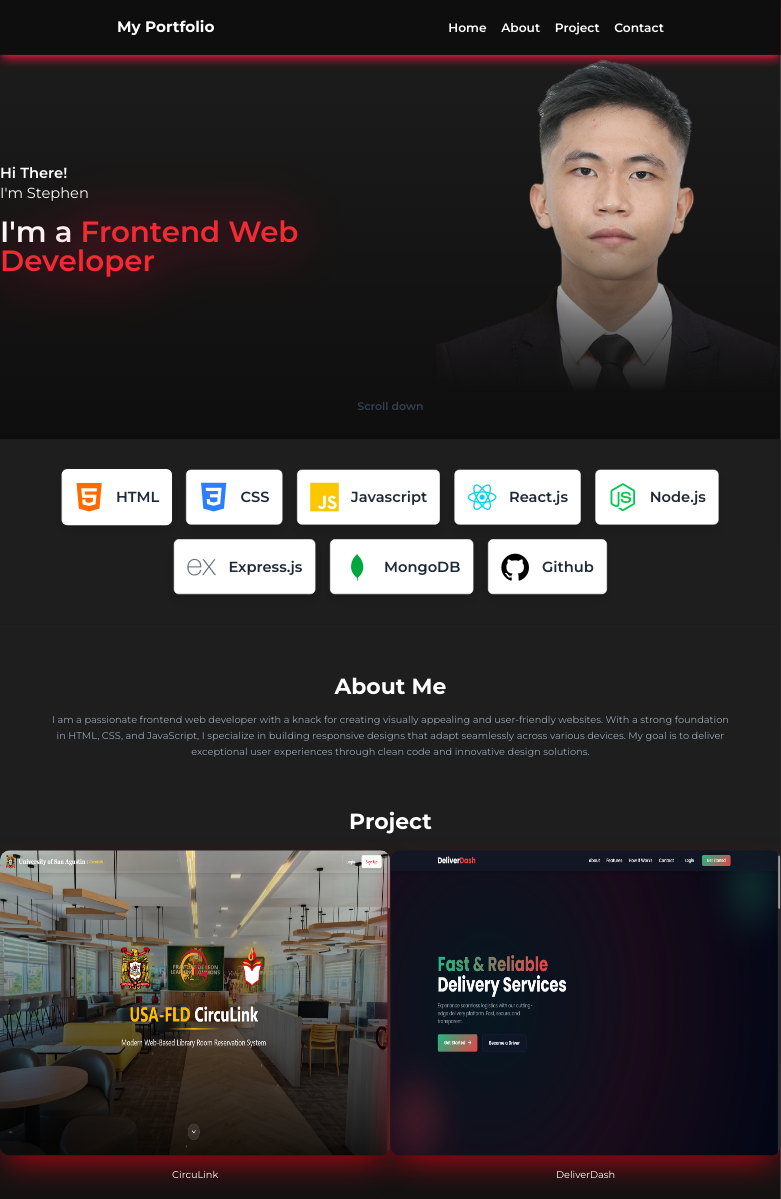
Repository: KaguyaKawaii/portfolio
Page: / (app in frontend/)
The author's editor kept a copy of each file at every save. The page is drawn from the files as they stood at one save, then again after the next save.
The browser window is 1280 px wide. The pictures show the whole page, at 61% of full size.
Some web libraries are served in a nearby version. The project was rebuilt for these pictures with package versions that can differ from the ones it lists, and the page was loaded fresh each time. Also part of the build but not shown: frontend/vite.config.js.

Above is the page before, as saved 2025-10-28 22:48:31.

### frontend/src/main.jsx
import { StrictMode } from 'react'
import { createRoot } from 'react-dom/client'
import './index.css'
import App from './App.jsx'
import "devicon/devicon.min.css";



createRoot(document.getElementById('root')).render(
  <StrictMode>
    <App />
  </StrictMode>,
)

### frontend/src/index.css
/* ✅ 1️⃣ Google Fonts first */
@import url('https://fonts.googleapis.com/css2?family=Montserrat:wght@400;500;600;700&display=swap');

/* ✅ 2️⃣ Then Tailwind (only once) */
@import "tailwindcss";

/* ✅ 3️⃣ Optional: your own CSS rules */
body {
  font-family: 'Montserrat', sans-serif;
}

### frontend/src/App.jsx
import { useState } from 'react'
import pic from './assets/image.png'
import project from './assets/project.png'
import project2 from './assets/project2.png'


function App() {

  return (
    <>
      <header className='bg-[#0F0E0E] h-[90px] w-full absolute shadow-lg shadow-[#dc143c]'>
        <div className='flex justify-around items-center h-full text-white'>
          <h1 className='font-bold font-montserrat text-[25px]'>My Portfolio</h1>

          <div className='flex font-montserrat gap-6 font-semibold text-[20px]'>
            <p>Home</p>
            <p>About</p>
            <p>Project</p>
            <p>Contact</p>
          </div>
        </div>
      </header>

      <body className='bg-linear-180 from-[#1E1E1E] to-[#0F0E0E] h-screen text-white'>
        <div className='flex justify-around items-center h-screen'>
          <div>
            <div className='text-2xl'>
              <h1 className='font-semibold'>Hi There!</h1>
              <p>I'm Stephen</p>
            </div>
            <div className='mt-6 animate-fade-in'>
              <p className='font-semibold text-5xl'>I'm a  <span className="drop-shadow-[0_0_50px_#dc143c] text-red-500 animate-pulse">Frontend Web Developer</span></p>

            </div>
          </div>

          <div className=''>
          <img
            src={pic}
            alt="profile"
            className="w-full h-full object-cover rounded-4xl"
            style={{
              maskImage: "linear-gradient(to bottom, black 50%, transparent 100%)",
              WebkitMaskImage: "linear-gradient(to bottom, black 50%, transparent 100%)",
            }}
          />
          </div>
        </div>

        <div className='flex justify-center items-center text-gray-700 text-lg font-montserrat font-semibold animate-pulse absolute bottom-10 w-full'>
          Scroll down
        </div>

          {/* Body 2 */}
          <div className='h-full w-full pt-20 pb-20 bg-[#1E1E1E] '>

            <div className='flex gap-6 justify-center items-center h-[20vh] font-semibold text-3xl text-white'>
              <div className="flex flex-wrap gap-6 justify-center">

                <div className="flex flex-wrap gap-6 justify-center text-white">
                  {/* HTML5 */}
                  <div className="flex items-center hover:scale-110 transition-all ring-1 hover:ring-red-100 rounded-lg p-5 gap-5 bg-white shadow-lg hover:shadow-red-500 duration-500">
                    <i className="devicon-html5-plain text-orange-500 text-5xl"></i>
                    <p className='text-2xl text-gray-800 font-semibold'>HTML</p>
                  </div>

                  {/* CSS3 */}
                  <div className="flex items-center hover:scale-110 transition-transform border rounded-lg p-5 gap-5 bg-white shadow-lg hover:shadow-red-500 duration-500">
                    <i className="devicon-css3-plain text-blue-500 text-5xl"></i>
                    <p className='text-2xl text-gray-800 font-semibold'>CSS</p>
                  </div>

                  {/* JavaScript */}
                  <div className="flex items-center hover:scale-110 transition-transform border rounded-lg p-5 gap-5 bg-white shadow-lg hover:shadow-red-500 duration-500">
                    <i className="devicon-javascript-plain text-yellow-400 text-5xl"></i>
                    <p className='text-2xl text-gray-800 font-semibold'>Javascript</p>
                  </div>

                  {/* React.js */}
                  <div className="flex items-center hover:scale-110 transition-transform border rounded-lg p-5 gap-5 bg-white shadow-lg hover:shadow-red-500 duration-500">
                    <i className="devicon-react-original text-cyan-400 text-5xl"></i>
                    <p className='text-2xl text-gray-800 font-semibold'>React.js</p>
                  </div>



                  {/* Node.js */}
                  <div className="flex items-center hover:scale-110 transition-transform border rounded-lg p-5 gap-5 bg-white shadow-lg hover:shadow-red-500 duration-500">
                    <i className="devicon-nodejs-plain text-green-500 text-5xl"></i>
                    <p className='text-2xl text-gray-800 font-semibold'>Node.js</p>
                  </div>

                  {/* Express.js */}
                  <div className="flex items-center hover:scale-110 transition-transform border rounded-lg p-5 gap-5 bg-white shadow-lg hover:shadow-red-500 duration-500">
                    <i className="devicon-express-original text-gray-500 text-5xl"></i>
                    <p className='text-2xl text-gray-800 font-semibold'>Express.js</p>
                  </div>

                  {/* MongoDB */}
                  <div className="flex items-center hover:scale-110 transition-transform border rounded-lg p-5 gap-5 bg-white shadow-lg hover:shadow-red-500 duration-500">
                    <i className="devicon-mongodb-plain text-green-600 text-5xl"></i>
                    <p className='text-2xl text-gray-800 font-semibold'>MongoDB</p>
                  </div>

                  {/* GitHub */}
                  <div className="flex items-center hover:scale-110 transition-transform border rounded-lg p-5 gap-5 bg-white shadow-lg hover:shadow-red-500 duration-500">
                    <i className="devicon-github-original text-black text-5xl"></i>
                    <p className='text-2xl text-gray-800 font-semibold'>Github</p>

                  </div>
                </div>

              </div>

            </div>



          </div>

          <div className='h-screen bg-[#1E1E1E]'>
              <h1 className='text-white font-montserrat text-4xl font-bold text-center pt-20'>About Me</h1>
              <p className='text-gray-400 font-montserrat text-center mt-6 mx-20 leading-relaxed'>
                I am a passionate frontend web developer with a knack for creating visually appealing and user-friendly websites. With a strong foundation in HTML, CSS, and JavaScript, I specialize in building responsive designs that adapt seamlessly across various devices. My goal is to deliver exceptional user experiences through clean code and innovative design solutions.
              </p>

              <h1 className='text-white font-montserrat text-4xl font-bold text-center pt-20'>Project</h1>

              <div className='flex justify-around items-center'>

                <div className='flex flex-col justify-center items-center h-[600px]'>
                  <div>
                  <img src={project}
                  className='rounded-2xl shadow-2xl shadow-red-800 w-[800px] h-[500px]'
                  alt="" />
                  </div>
                  <div className='mt-5'>
                    <p>CircuLink</p>
                  </div>
                </div>

                <div className='flex flex-col justify-center items-center h-[600px]'>
                  <div>
                  <img src={project2}
                  className='rounded-2xl shadow-2xl shadow-red-800 w-[800px] h-[500px]'
                  alt="" />
                  </div>
                  <div className='mt-5'>
                    <p>DeliverDash</p>
                  </div>
                </div>


              </div>
            </div>

      </body>




    </>
  )
}

export default App

Loaded but not shown: frontend/index.html (common file)

After the next save:
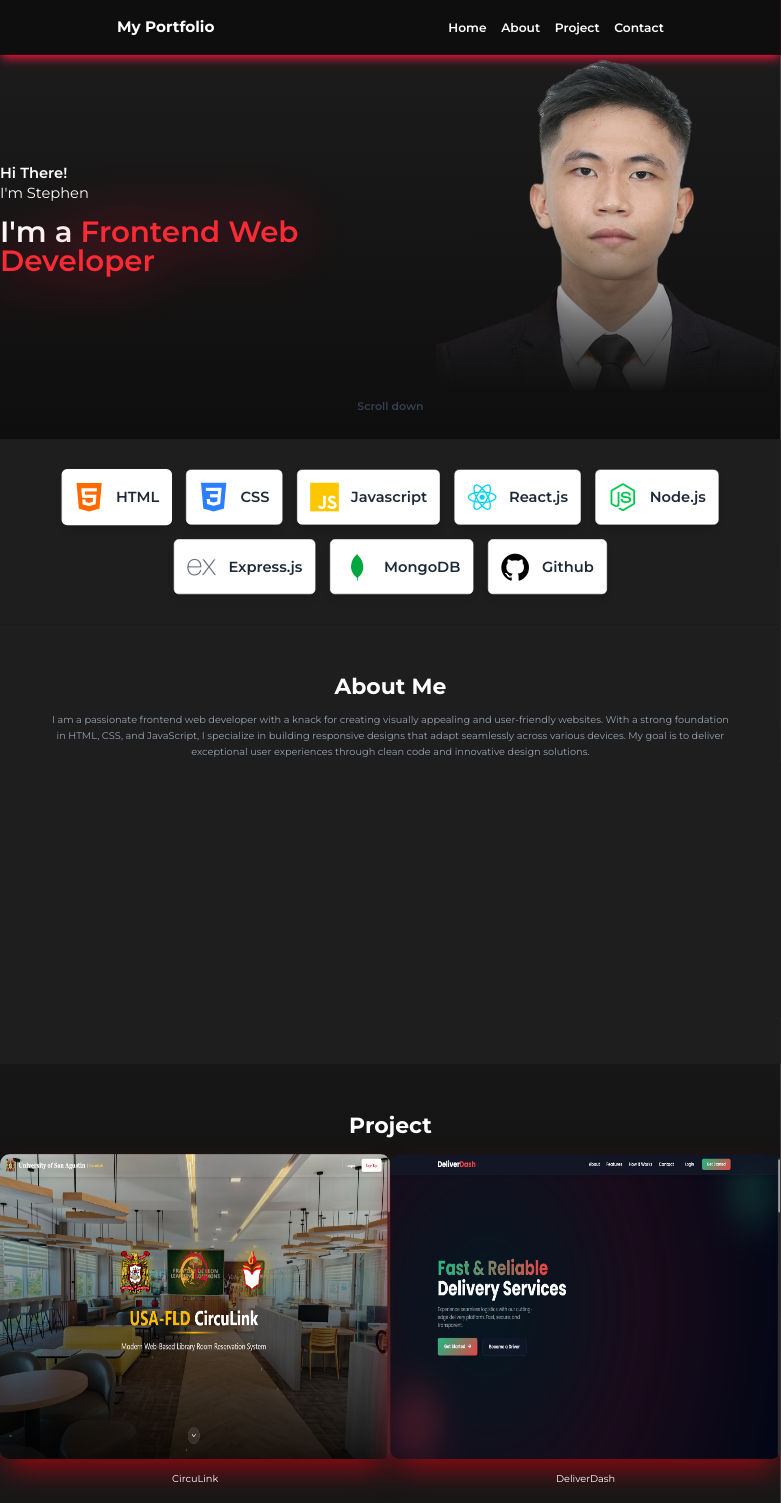
Saved 2 min 40 s later.
--- a/frontend/src/App.jsx
+++ b/frontend/src/App.jsx
@@ -124,7 +124,10 @@
                 I am a passionate frontend web developer with a knack for creating visually appealing and user-friendly websites. With a strong foundation in HTML, CSS, and JavaScript, I specialize in building responsive designs that adapt seamlessly across various devices. My goal is to deliver exceptional user experiences through clean code and innovative design solutions.
               </p>
 
-              <h1 className='text-white font-montserrat text-4xl font-bold text-center pt-20'>Project</h1>
+
+            </div>
+
+            <h1 className='text-white font-montserrat text-4xl font-bold text-center pt-20'>Project</h1>
 
               <div className='flex justify-around items-center'>
 
@@ -152,7 +155,6 @@
 
 
               </div>
-            </div>
 
       </body>
 
